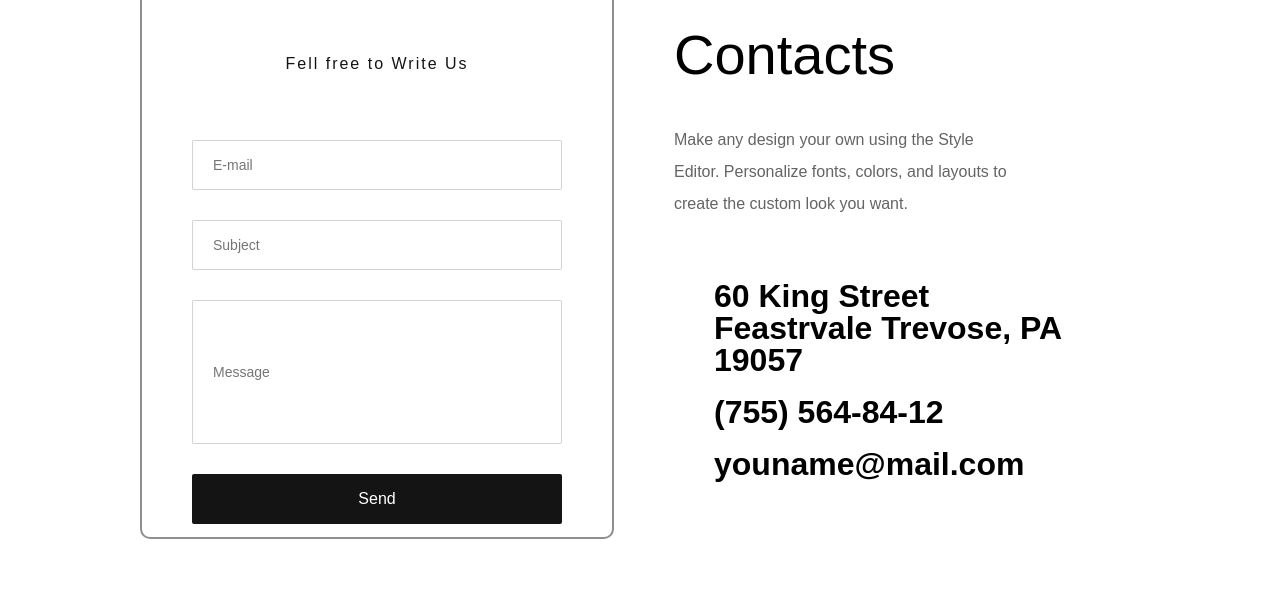
Repository: sogeisetsu/suy-ife
Page: 009-011/index.html
An editor plug-in stored every save of this project. The page is shown before and after the next save, followed by the edit.
The browser window is 1280 px wide. The pictures show the part of the page from y = 3840 to 4430 px (the page is 4430 px tall).
A picture or video elsewhere on the page could not be fetched, so the positions and the page height are approximate.

Above is the page before, as saved 2019-10-13 02:48:33.

After the next save:
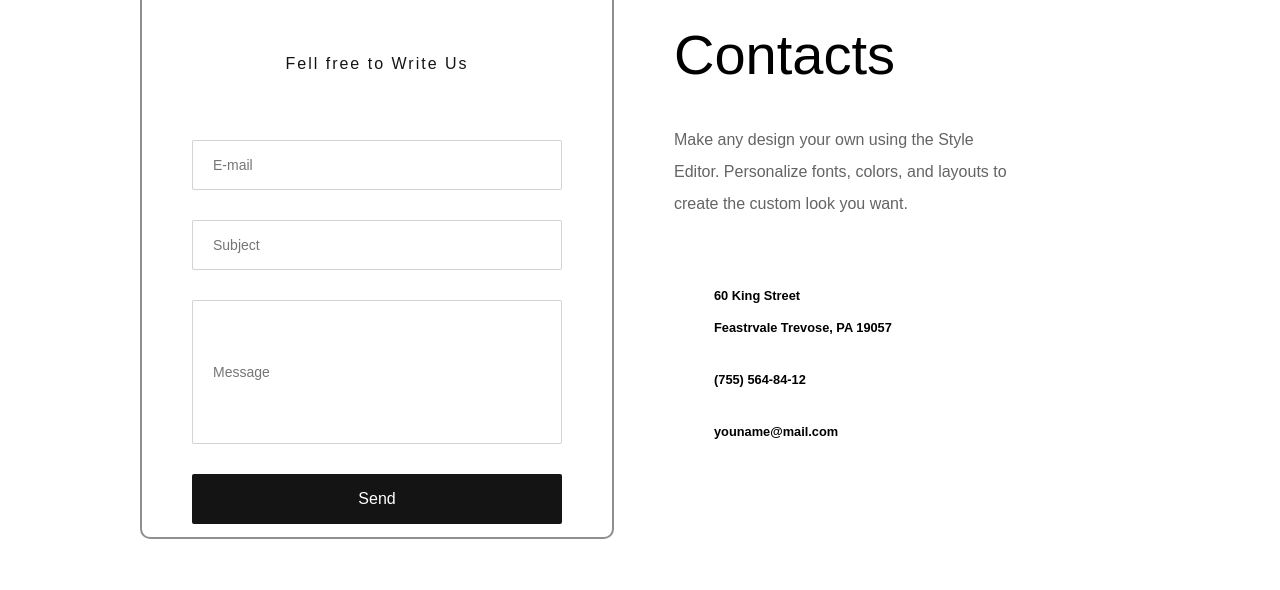
Saved 15 s later.
--- a/009-011/index.css
+++ b/009-011/index.css
@@ -424,5 +424,5 @@ input{
 }
 .p7text .text ul li{
     margin-bottom: 20px;
-    font-size: 2em;
-}
+    font-size: 0.8em;
+}
